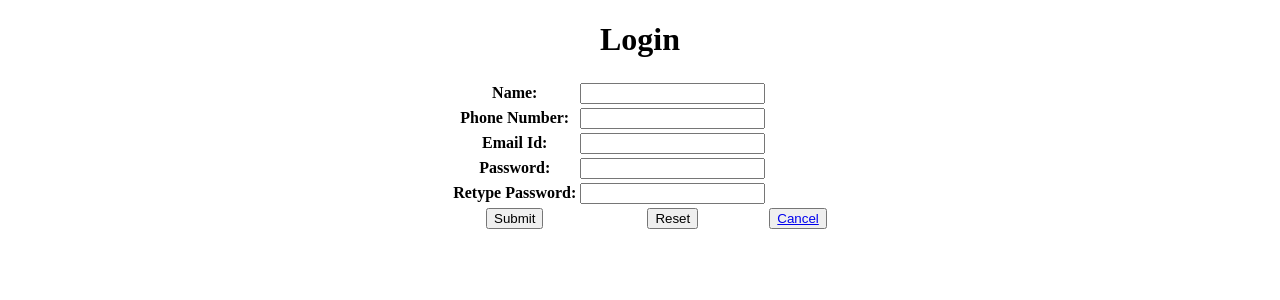
Repository: Sourabhmag/week-5
Page: http://localhost/LoginApp/register.jsp
The author's editor kept a copy of each file at every save. The page is drawn from the files as they stood at one save, then again after the next save.
The browser window is 1280 px wide. The pictures show the whole page.
The page is served by Tomcat 9. Other server files are loaded and not shown.

Above is the page before, as saved 2019-11-06 11:11:02.

### LoginApp/WebContent/register.jsp
<%@ page language="java" contentType="text/html; charset=UTF-8"
    pageEncoding="UTF-8"%>
<!DOCTYPE html>
<html>
<head>
<style type="text/css">
	h1 {text-align:center;}
</style>
<meta charset="UTF-8">
<title>Registration page</title>
</head>
<body>
	<h1>Login</h1>
	<form action="register.jsp" method="get">
	<table align="center">
		<tr><th >Name:</th> <th ><input type="text" name="firstname"></th></tr>
		<tr><th >Phone Number:</th> <th ><input type="number" name="firstname"></th></tr>
		<tr><th >Email Id:</th> <th ><input type="text" name="firstname"></th></tr>
		<tr><th >Password:</th> <th ><input type="password" name="firstname"></th></tr>
		<tr><th >Retype Password:</th> <th ><input type="password" name="firstname"></th></tr>
		<tr>
			<th ><input type="submit" name="submit"></th>
			<th ><input type="reset" name="Clear"></th>
			<th><button><a href="login.jsp"> Cancel </a></button></th>
		</tr>
	</table>
	</form>
</body>
</html>

After the next save:
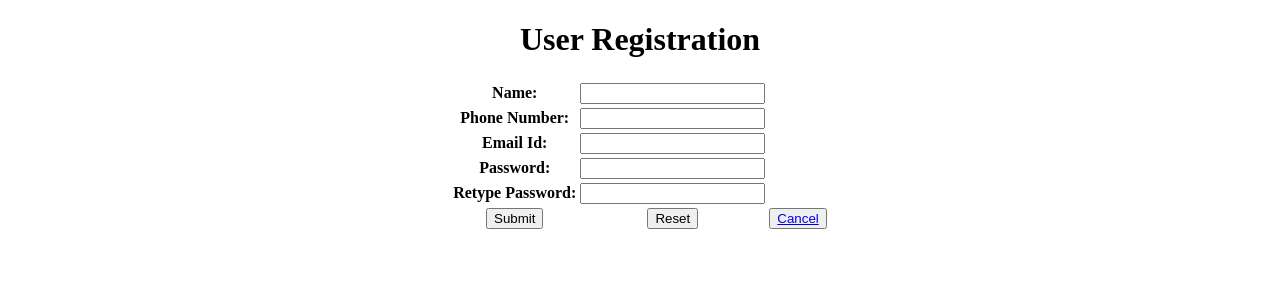
Saved 43 s later.
--- a/LoginApp/WebContent/register.jsp
+++ b/LoginApp/WebContent/register.jsp
@@ -10,7 +10,7 @@
 <title>Registration page</title>
 </head>
 <body>
-	<h1>Login</h1>
+	<h1>User Registration</h1>
 	<form action="register.jsp" method="get">
 	<table align="center">
 		<tr><th >Name:</th> <th ><input type="text" name="firstname"></th></tr>
